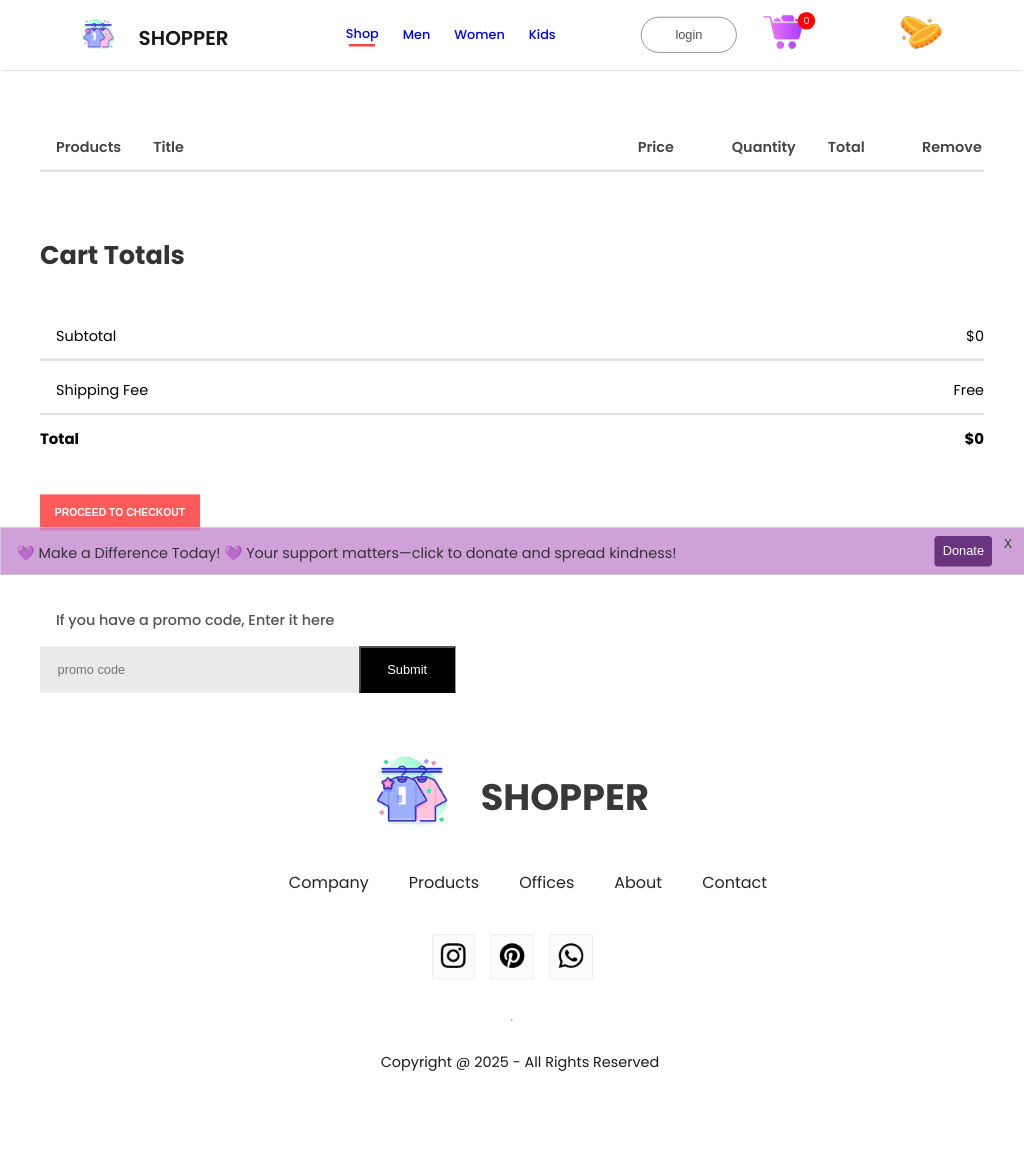
Repository: PayalJakhar/Shoppers-E-commerce-Website
Page: /cart (app in frontend/)
The author's editor kept a copy of each file at every save. The page is drawn from the files as they stood at one save, then again after the next save.
The browser window is 1280 px wide. The pictures show the whole page, at 80% of full size.
The page's requests for data from a server got no answer. The project was rebuilt for these pictures with package versions that can differ from the ones it lists, and the page was loaded fresh each time. No one was signed in, and anything a server would have sent is missing. Also part of the build but not shown: frontend/src/App.css, frontend/src/Components/Hero/Hero.css, frontend/src/Components/Hero/Hero.jsx, frontend/src/Components/Popular/Popular.css, frontend/src/Components/Item/Item.css, frontend/src/Components/Item/Item.jsx, frontend/src/Components/Popular/Popular.jsx, frontend/src/Components/Offers/Offers.css and 21 more.

Above is the page before, as saved 2025-02-07 19:23:12.

After the next save:
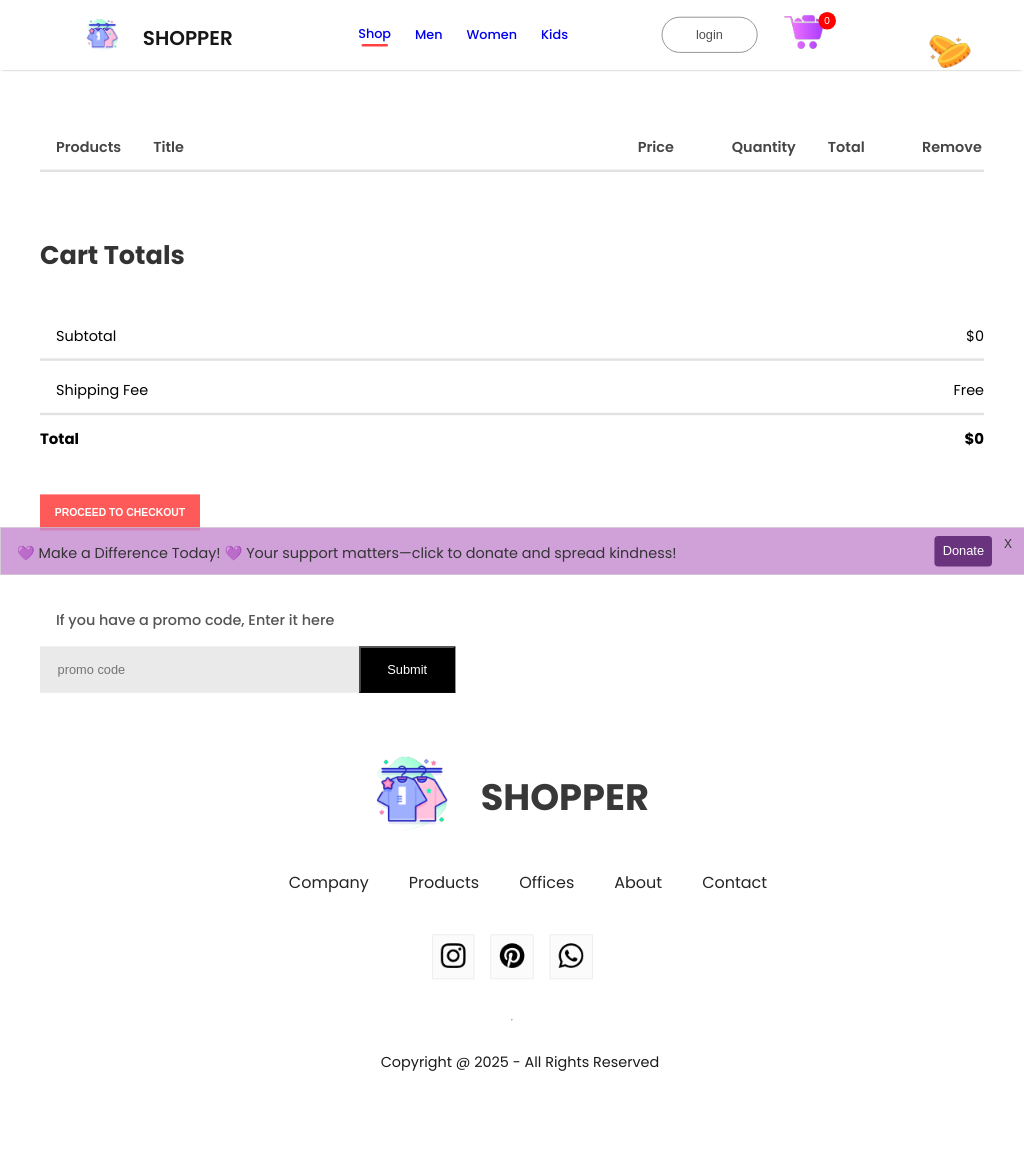
Saved 6 s later.
--- a/frontend/src/Components/Navbar/Navbar.css
+++ b/frontend/src/Components/Navbar/Navbar.css
@@ -85,7 +85,8 @@
     display: none;
 }
 .nav-login-coin{
-    wid
+    width:10px;
+    height:10px;
 }
 /* here we are making it responsive for max-width: 1280px */
 

After the 5 saves that followed:
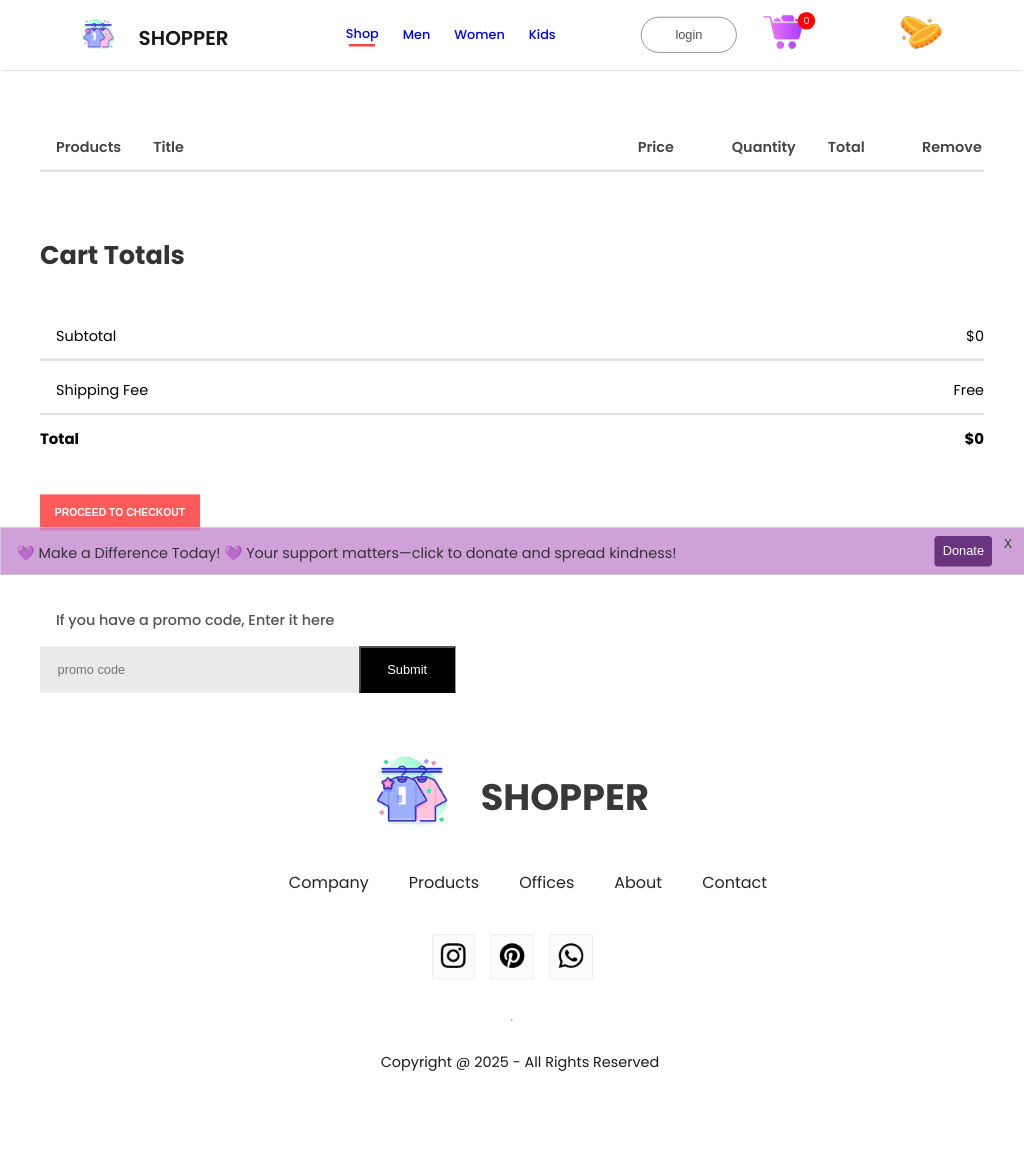
The 5 saves are shown as one change because they came seconds apart.
The last was saved 20 s later.
--- a/frontend/src/Components/Navbar/Navbar.css
+++ b/frontend/src/Components/Navbar/Navbar.css
@@ -85,8 +85,7 @@
     display: none;
 }
 .nav-login-coin{
-    width:10px;
-    height:10px;
+    size-adjust: 10px;
 }
 /* here we are making it responsive for max-width: 1280px */
 
